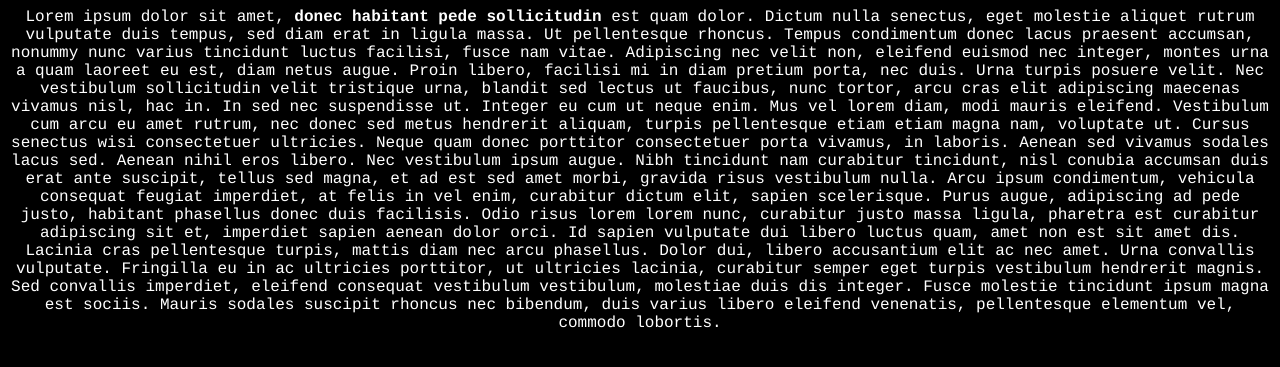
Repository: diasm568/diasm568.github.io
Page: lab/composition.html
The author's editor kept a record of every edit. The page is drawn from the files as they stood at one moment, then again after the next edit.
The browser window is 1280 px wide. The pictures show the whole page.

Above is the page before.

After the next edit:
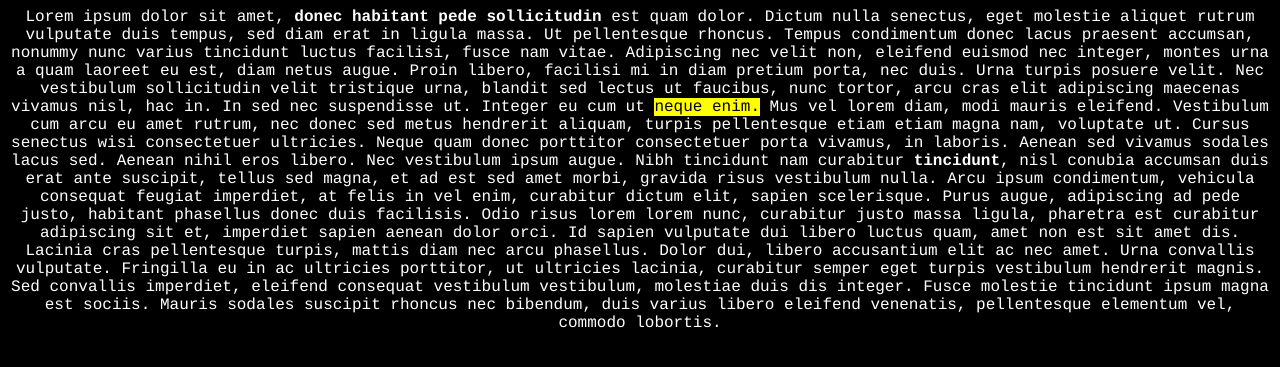
The edit:
--- a/lab/composition.html
+++ b/lab/composition.html
@@ -3,8 +3,8 @@
 <font color="white">
 <font face="courier" color="white">
 Lorem ipsum dolor sit amet, <strong>donec habitant pede sollicitudin</strong> est quam dolor. Dictum nulla senectus, eget molestie aliquet rutrum vulputate duis tempus, sed diam erat in ligula massa. Ut pellentesque rhoncus. Tempus condimentum donec lacus praesent accumsan, nonummy nunc varius tincidunt luctus facilisi, fusce nam vitae. Adipiscing nec velit non, eleifend euismod nec integer, montes urna a quam laoreet eu est, diam netus augue. Proin libero, facilisi mi in diam pretium porta, nec duis. Urna turpis posuere velit. Nec vestibulum sollicitudin velit tristique urna, blandit sed lectus ut faucibus, nunc tortor, arcu cras elit adipiscing maecenas vivamus nisl, hac in. In sed nec suspendisse ut.
-Integer eu cum ut neque enim. Mus vel lorem diam, modi mauris eleifend. Vestibulum cum arcu eu amet rutrum, nec donec sed metus hendrerit aliquam, turpis pellentesque etiam etiam magna nam, voluptate ut. Cursus senectus wisi consectetuer ultricies. Neque quam donec porttitor consectetuer porta vivamus, in laboris. Aenean sed vivamus sodales lacus sed. Aenean nihil eros libero. Nec vestibulum ipsum augue.
-Nibh tincidunt nam curabitur tincidunt, nisl conubia accumsan duis erat ante suscipit, tellus sed magna, et ad est sed amet morbi, gravida risus vestibulum nulla. Arcu ipsum condimentum, vehicula consequat feugiat imperdiet, at felis in vel enim, curabitur dictum elit, sapien scelerisque. Purus augue, adipiscing ad pede justo, habitant phasellus donec duis facilisis. Odio risus lorem lorem nunc, curabitur justo massa ligula, pharetra est curabitur adipiscing sit et, imperdiet sapien aenean dolor orci. Id sapien vulputate dui libero luctus quam, amet non est sit amet dis. Lacinia cras pellentesque turpis, mattis diam nec arcu phasellus. Dolor dui, libero accusantium elit ac nec amet.
+Integer eu cum ut <mark>neque enim.</mark> Mus vel lorem diam, modi mauris eleifend. Vestibulum cum arcu eu amet rutrum, nec donec sed metus hendrerit aliquam, turpis pellentesque etiam etiam magna nam, voluptate ut. Cursus senectus wisi consectetuer ultricies. Neque quam donec porttitor consectetuer porta vivamus, in laboris. Aenean sed vivamus sodales lacus sed. Aenean nihil eros libero. Nec vestibulum ipsum augue.
+Nibh tincidunt nam curabitur <strong>tincidunt</strong>, nisl conubia accumsan duis erat ante suscipit, tellus sed magna, et ad est sed amet morbi, gravida risus vestibulum nulla. Arcu ipsum condimentum, vehicula consequat feugiat imperdiet, at felis in vel enim, curabitur dictum elit, sapien scelerisque. Purus augue, adipiscing ad pede justo, habitant phasellus donec duis facilisis. Odio risus lorem lorem nunc, curabitur justo massa ligula, pharetra est curabitur adipiscing sit et, imperdiet sapien aenean dolor orci. Id sapien vulputate dui libero luctus quam, amet non est sit amet dis. Lacinia cras pellentesque turpis, mattis diam nec arcu phasellus. Dolor dui, libero accusantium elit ac nec amet.
 Urna convallis vulputate. Fringilla eu in ac ultricies porttitor, ut ultricies lacinia, curabitur semper eget turpis vestibulum hendrerit magnis. Sed convallis imperdiet, eleifend consequat vestibulum vestibulum, molestiae duis dis integer. Fusce molestie tincidunt ipsum magna est sociis. Mauris sodales suscipit rhoncus nec bibendum, duis varius libero eleifend venenatis, pellentesque elementum vel, commodo lobortis.
 </font>
 </body>
